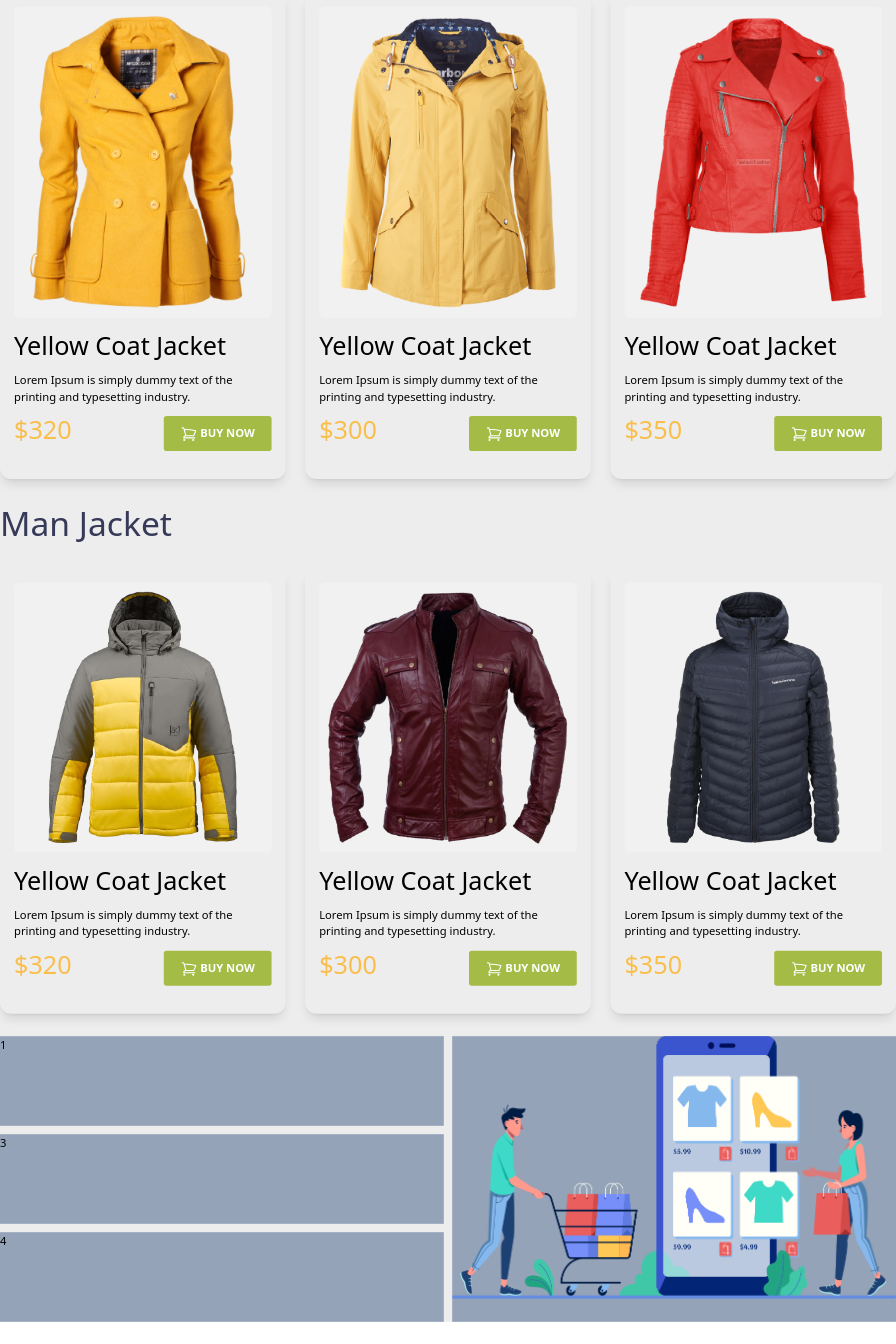
Repository: zjria/penguin-e-commerce-fashion
Page: index.html
An editor plug-in stored every save of this project. The page is shown before and after the next save, followed by the edit.
The browser window is 1280 px wide. The pictures show the part of the page from y = 906 to 2826 px (the page is 2826 px tall), at 70% of full size.
Some web libraries are served in a nearby version.

Above is the page before, as saved 2022-10-07 09:44:22.

After the next save:
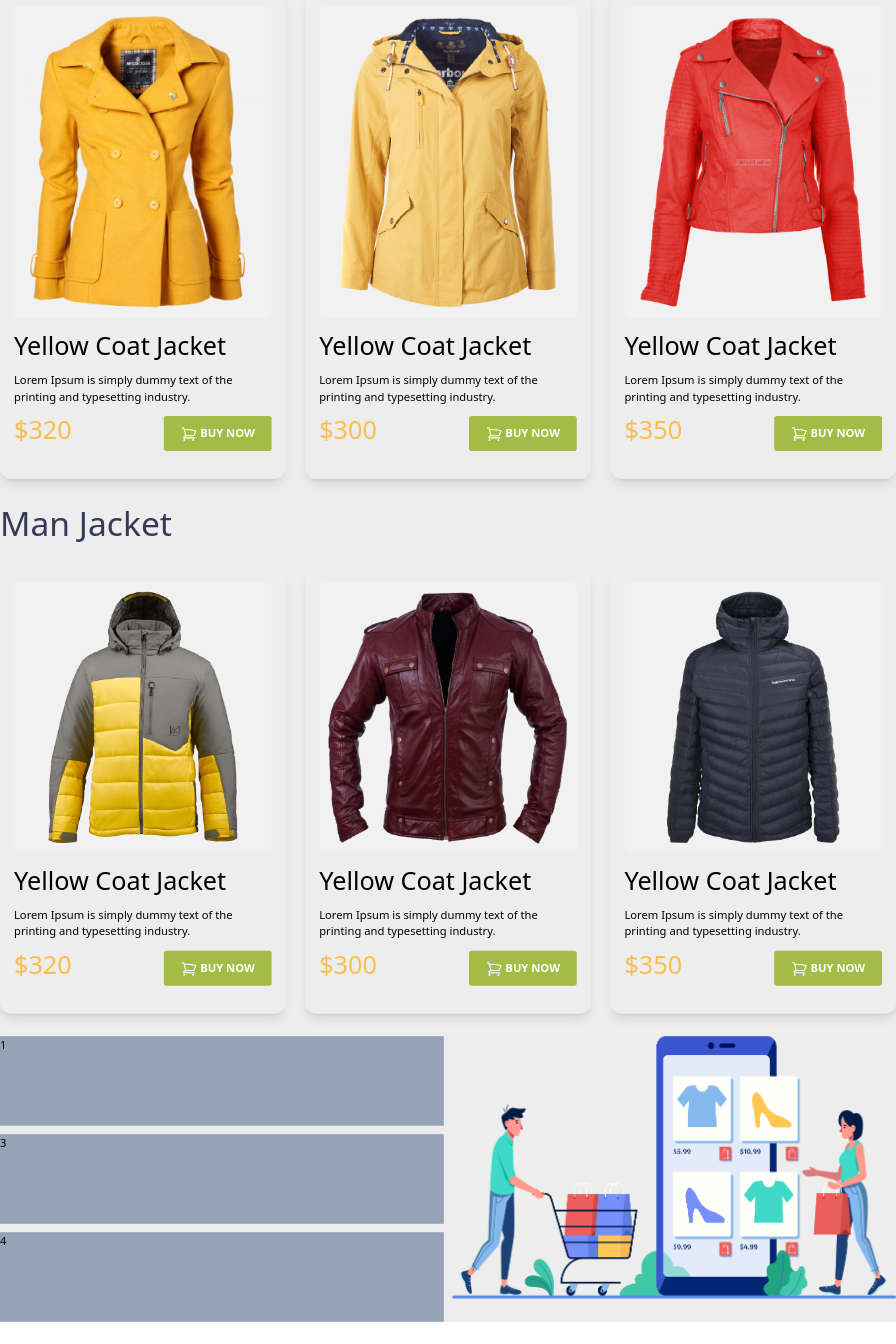
Saved 52 s later.
--- a/index.html
+++ b/index.html
@@ -221,7 +221,7 @@
         <section class="container mx-auto my-8">
             <div class="grid grid-cols-2 gap-3">
                 <div class="h-32 bg-slate-400">1</div>
-                <div class="row-span-3 bg-slate-400">
+                <div class="row-span-3">
                     <img src="images/shopping.png" alt="">
                 </div>
                 <div class="h-32 bg-slate-400">3</div>
